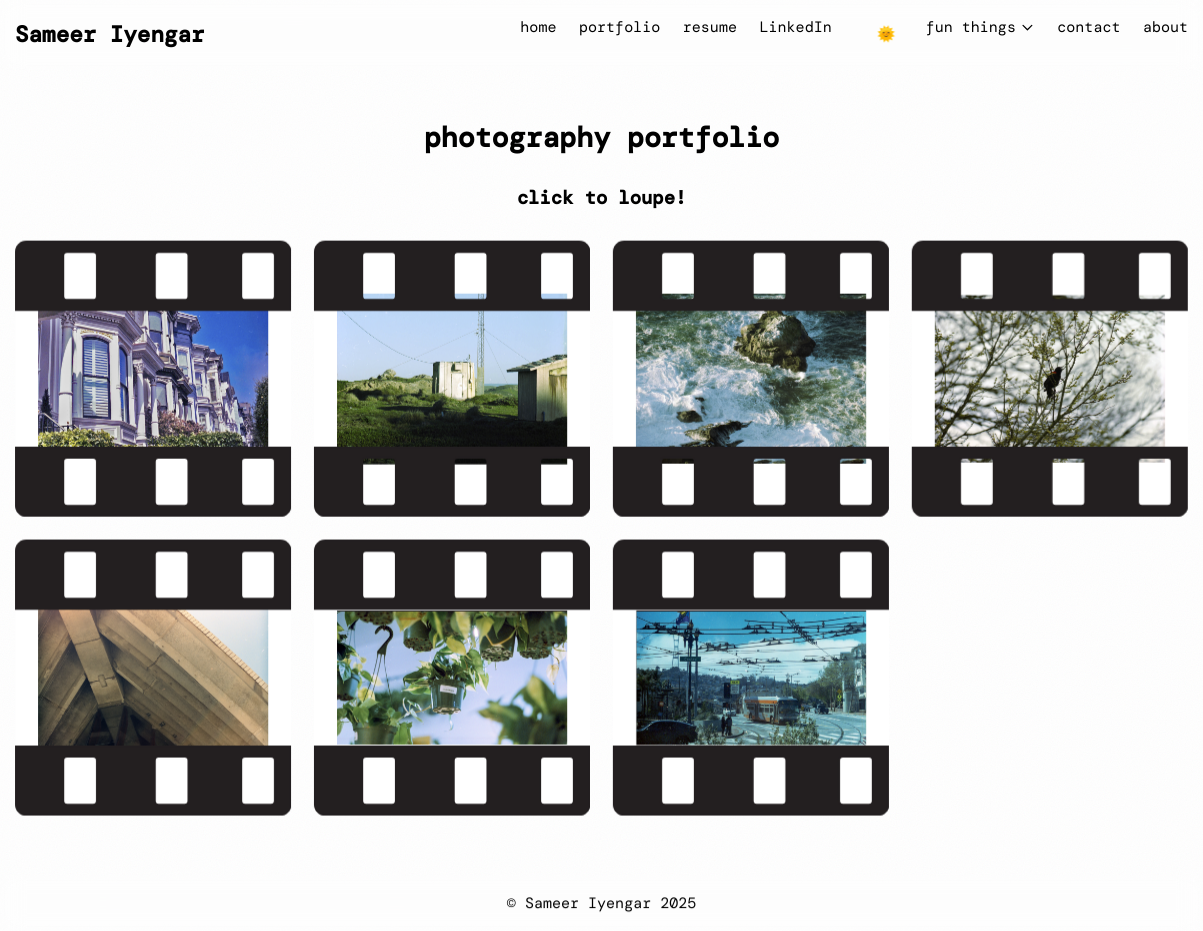
Repository: siyengar04/siyengar04.github.io
Page: portfolio.html
An editor plug-in stored every save of this project. The page is shown before and after the next save, followed by the edit.
The browser window is 1280 px wide. The pictures show the whole page, at 94% of full size.
Some web fonts or font styles are not loaded; a fallback is used.

Above is the page before, as saved 2025-10-11 16:25:29.

After the next save:
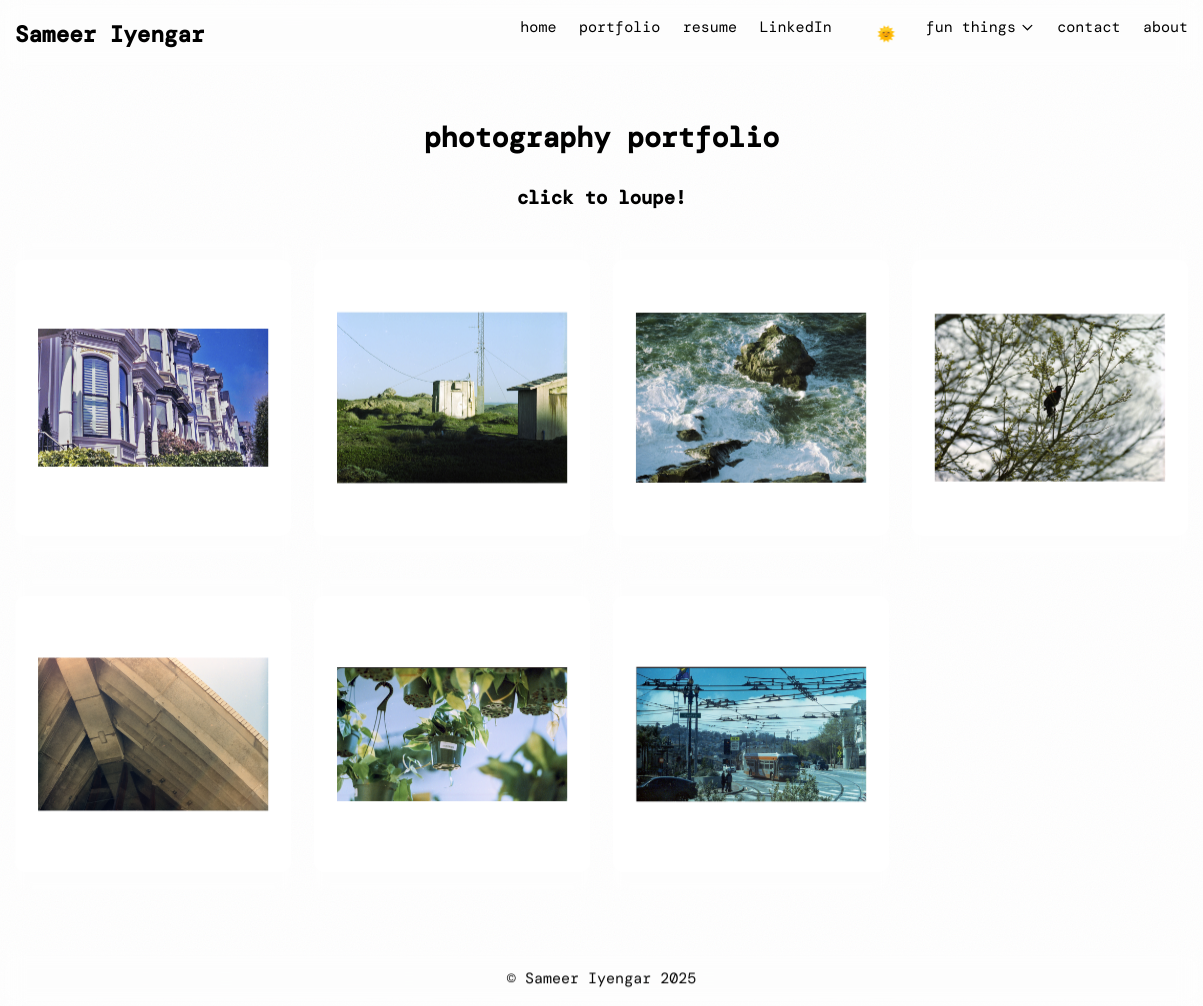
Not found: path-to-your-bottom-border.svg
Not found: path-to-your-top-border.svg
Saved 47 s later.
--- a/portfolio.html
+++ b/portfolio.html
@@ -46,32 +46,40 @@
             /* Needed for absolute positioning of pseudo-elements */
         }
 
+        .gallery-item {
+            position: relative;
+            padding-top: 20px;
+            /* Reduced from original */
+            padding-bottom: 20px;
+            /* Reduced from original */
+        }
+
         .gallery-item::before,
         .gallery-item::after {
             content: "";
             position: absolute;
             left: 0;
             width: 100%;
-            height: 75px;
-            /* Adjust based on your SVG border height */
-            background-image: url('Asset 4.svg');
+            height: 25px;
+            /* Border height */
             background-size: cover;
             z-index: 2;
         }
 
         .gallery-item::before {
             top: 0;
-            background-image: url('Asset 4.svg');
+            background-image: url('path-to-your-top-border.svg');
         }
 
         .gallery-item::after {
             bottom: 0;
-            background-image: url('Asset 4.svg');
+            background-image: url('path-to-your-bottom-border.svg');
         }
 
         .gallery-img {
-            position: relative;
-            z-index: 1;
+            height: calc(100% - 50px);
+            /* Compensate for border height */
+            object-fit: cover;
         }
 
         .dark-theme {

After the save that followed:
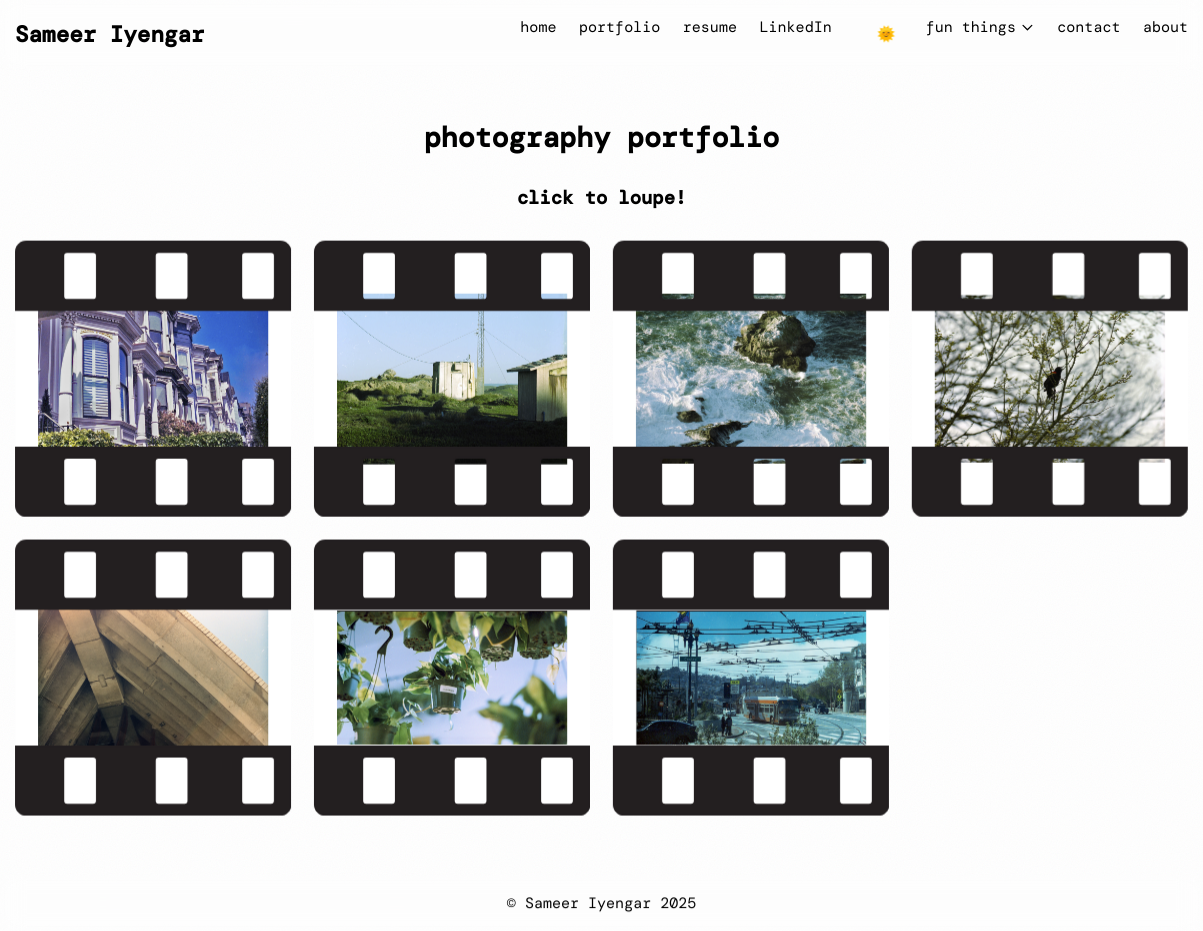
Saved 8 s later.
--- a/portfolio.html
+++ b/portfolio.html
@@ -46,40 +46,32 @@
             /* Needed for absolute positioning of pseudo-elements */
         }
 
-        .gallery-item {
-            position: relative;
-            padding-top: 20px;
-            /* Reduced from original */
-            padding-bottom: 20px;
-            /* Reduced from original */
-        }
-
         .gallery-item::before,
         .gallery-item::after {
             content: "";
             position: absolute;
             left: 0;
             width: 100%;
-            height: 25px;
-            /* Border height */
+            height: 75px;
+            /* Adjust based on your SVG border height */
+            background-image: url('Asset 4.svg');
             background-size: cover;
             z-index: 2;
         }
 
         .gallery-item::before {
             top: 0;
-            background-image: url('path-to-your-top-border.svg');
+            background-image: url('Asset 4.svg');
         }
 
         .gallery-item::after {
             bottom: 0;
-            background-image: url('path-to-your-bottom-border.svg');
+            background-image: url('Asset 4.svg');
         }
 
         .gallery-img {
-            height: calc(100% - 50px);
-            /* Compensate for border height */
-            object-fit: cover;
+            position: relative;
+            z-index: 1;
         }
 
         .dark-theme {
